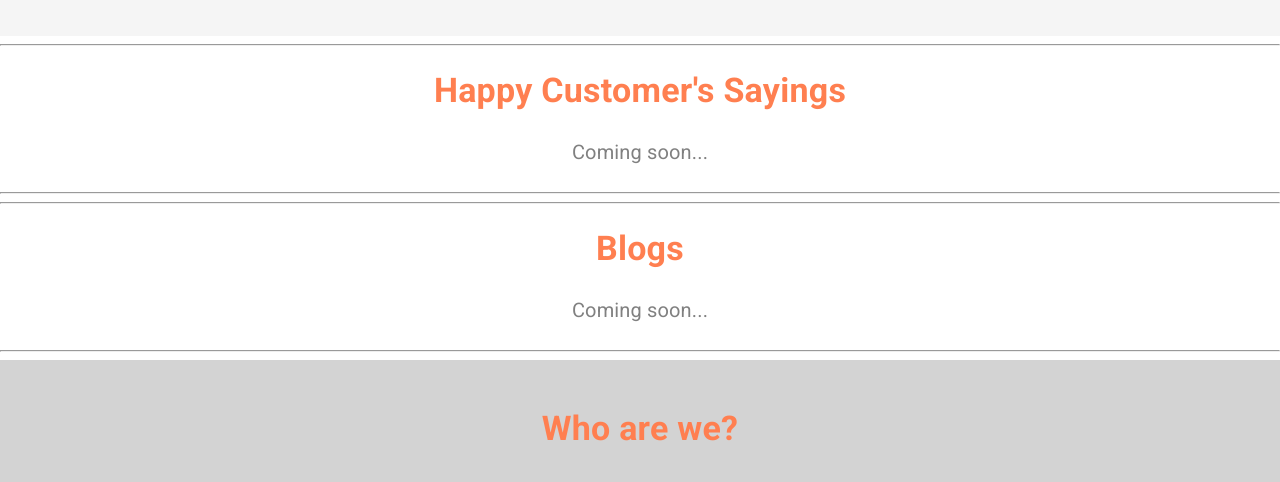
Repository: Sharif-00112/dogos-paradise-client
Page: /
An editor plug-in stored every save of this project. The page is shown before and after the next save, followed by the edit.
The browser window is 1280 px wide. The pictures show the part of the page from y = 1663 to 2145 px (the page is 3394 px tall before and 3483 px after).
Pictures or frames that could not be fetched are drawn as grey boxes. The page's requests for data from a server got no answer. The project was rebuilt for these pictures with package versions that can differ from the ones it lists, and the page was loaded fresh each time. No one was signed in, and anything a server would have sent is missing. Also part of the build but not shown: src/Pages/Home/Dog/Dog.js, src/Pages/Login/Login/Login.js, src/Pages/Login/Register/Register.js, src/Pages/NotFound/NotFound.js.

Above is the page before, as saved 2022-12-05 23:35:59.

After the next save:
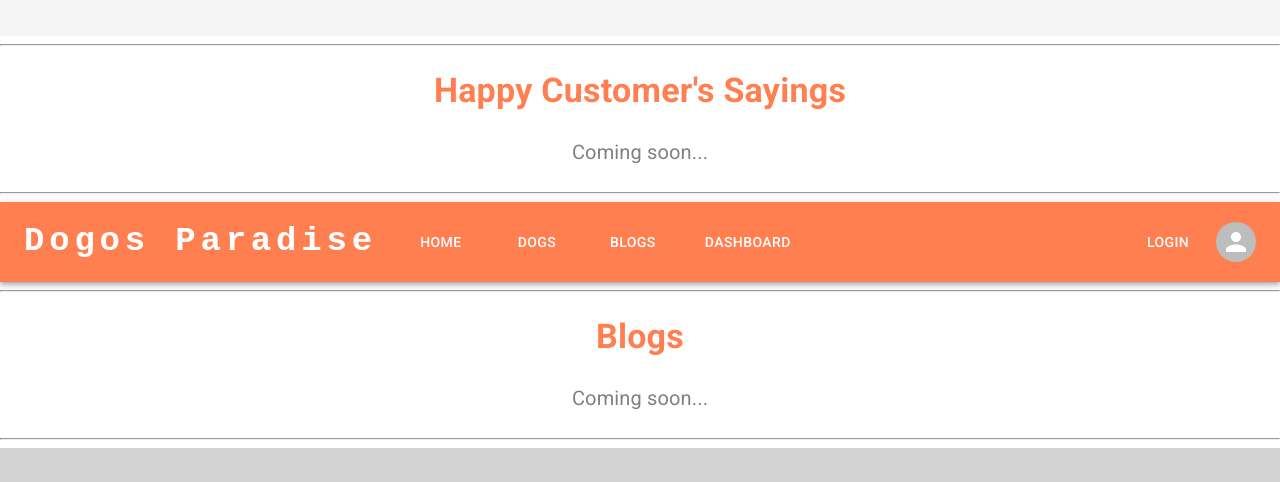
Saved 40 s later.
--- a/src/Pages/Home/Blogs/Blogs.js
+++ b/src/Pages/Home/Blogs/Blogs.js
@@ -1,10 +1,12 @@
 import React from 'react';
 import { Typography } from '@mui/material';
+import Navigation from '../../Shared/Navigation/Navigation';
 
 
 const Blogs = () => {
     return (
         <div>
+            <Navigation></Navigation>
             <hr />
             <Typography sx={{ m: 3, color: 'coral', fontWeight: 600 }} variant="h4" component="div">
                 Blogs
